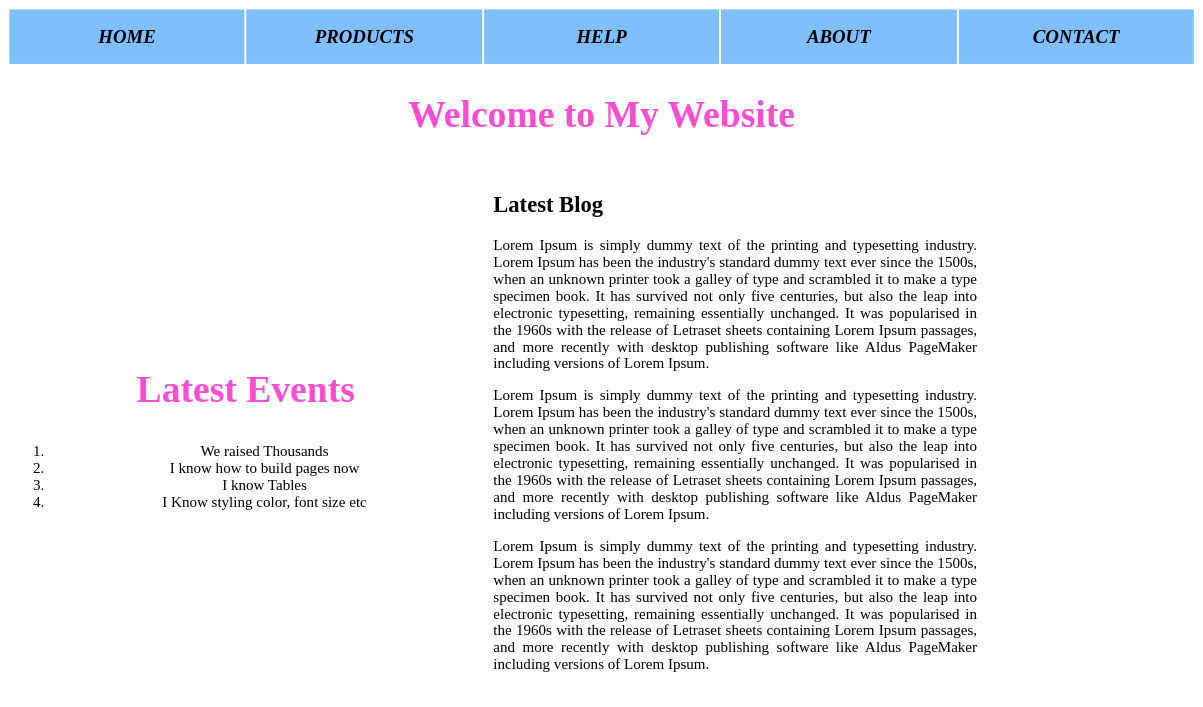
Repository: LiamMcC/webforDunboyne
Page: recap/index.html
The author's editor kept a record of every edit. The page is drawn from the files as they stood at one moment, then again after the next edit.
The browser window is 1280 px wide. The pictures show the whole page, at 94% of full size.

Above is the page before.

### recap/index.html
<!DOCTYPE html>
<html>
  <head>
    <meta charset="UTF-8">
    <title>Fancy Page Layout</title>
  </head>
  <body>

  <!-- now we will create a table -->
  <!-- lets style this page -->
  <table style="width:100%;text-align:center;">

      <!-- now we will create one row -->

      <tr style="background-color:#80bfff; height:50px;">
          <!-- now we will create 5 cells -->
          <td style="width: 20%;"><h2 style="font-size:20px;"><i>HOME</i></h2></td>
          <td style="width: 20%;"><h2 style="font-size:20px;"><i>PRODUCTS</i></td>
          <td style="width: 20%;"><h2 style="font-size:20px;"><i>HELP</i></td>
          <td style="width: 20%;"><h2 style="font-size:20px;"><i>ABOUT</i></td>
          <td style="width: 20%;"><h2 style="font-size:20px;"><i>CONTACT</i></td>
      </tr>

      <!-- Save and view in the browser -->

      <!-- stay inside the table tag and let us now create another row remember tr -->

      <tr >
          <!-- lets create another cell only this time let us make it full width of the table so we have 5 columns so give this one a
          col span of 5 -->
          <td colspan="5"><h1 style="color:#ff4dd2; font-size:40px;">Welcome to My Website</h1></td>

      </tr>


            <tr >

          <td colspan="2"><h2 style="color:#ff4dd2; font-size:40px;">Latest Events</h2>
          <!-- Lets make a list -->

          <ol> <!-- Ordered list is numbered list each li is a new point -->
              <li>We raised Thousands</li>
              <li>I know how to build pages now</li>
              <li>I know Tables</li>
              <li>I Know styling color, font size etc</li>


          </ol>
          </td>

          <td colspan="3" style="text-align: justify;padding:10px;">

              <h2>Latest Blog</h2>

            <p style="width: 70%;">Lorem Ipsum is simply dummy text of the printing and typesetting industry. Lorem Ipsum has been the industry's standard dummy text ever since the 1500s, when an unknown printer took a galley of type and scrambled it to make a type specimen book. It has survived not only five centuries, but also the leap into electronic typesetting, remaining essentially unchanged. It was popularised in the 1960s with the release of Letraset sheets containing Lorem Ipsum passages, and more recently with desktop publishing software like Aldus PageMaker including versions of Lorem Ipsum.</p>
              <p style="width: 70%;">Lorem Ipsum is simply dummy text of the printing and typesetting industry. Lorem Ipsum has been the industry's standard dummy text ever since the 1500s, when an unknown printer took a galley of type and scrambled it to make a type specimen book. It has survived not only five centuries, but also the leap into electronic typesetting, remaining essentially unchanged. It was popularised in the 1960s with the release of Letraset sheets containing Lorem Ipsum passages, and more recently with desktop publishing software like Aldus PageMaker including versions of Lorem Ipsum.</p>
              <p style="width: 70%;">Lorem Ipsum is simply dummy text of the printing and typesetting industry. Lorem Ipsum has been the industry's standard dummy text ever since the 1500s, when an unknown printer took a galley of type and scrambled it to make a type specimen book. It has survived not only five centuries, but also the leap into electronic typesetting, remaining essentially unchanged. It was popularised in the 1960s with the release of Letraset sheets containing Lorem Ipsum passages, and more recently with desktop publishing software like Aldus PageMaker including versions of Lorem Ipsum.</p>


          </td>

      </tr>


  </table>



  </body>
</html>

After the next edit:
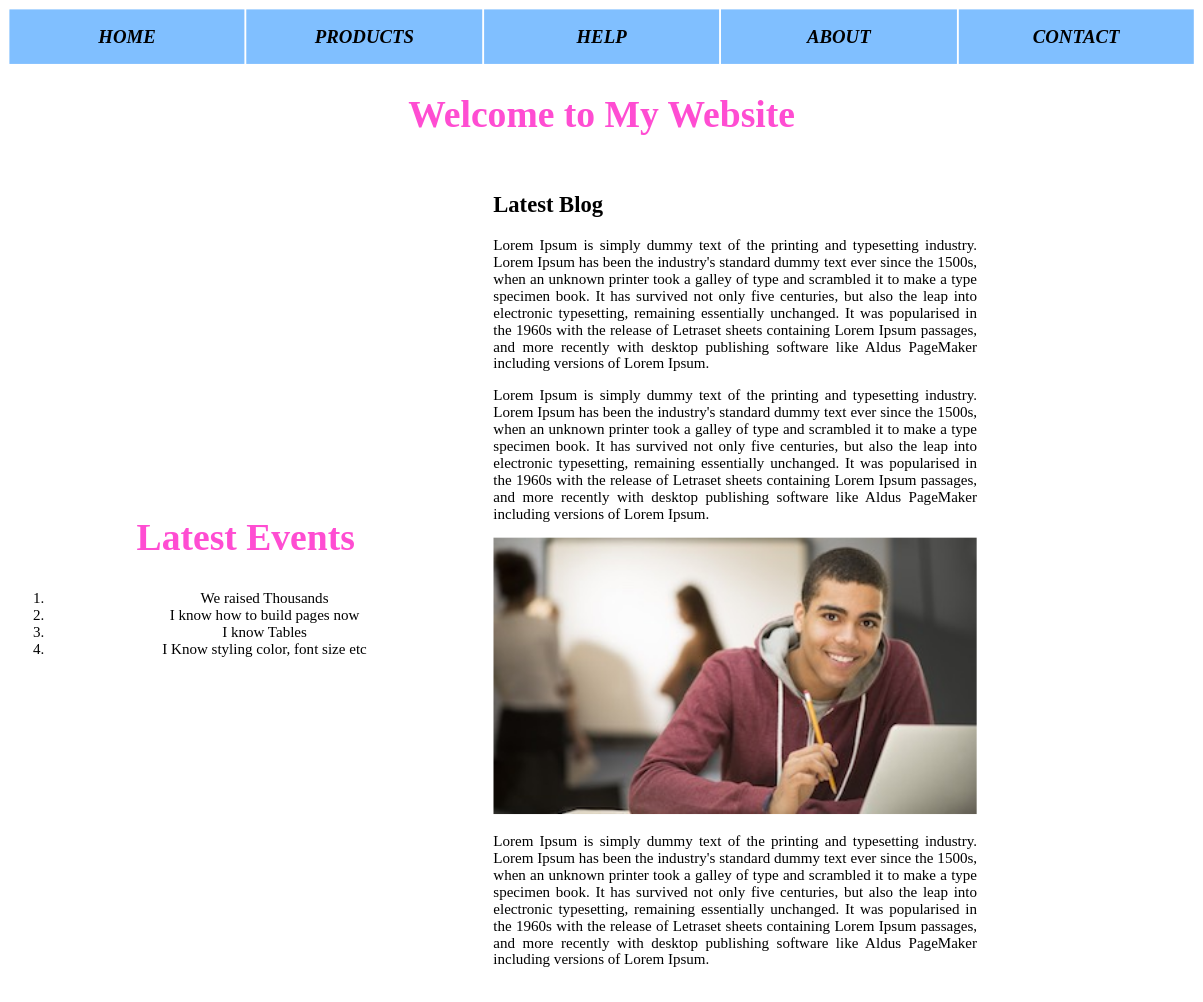
The edit:
--- a/recap/index.html
+++ b/recap/index.html
@@ -54,6 +54,9 @@
 
             <p style="width: 70%;">Lorem Ipsum is simply dummy text of the printing and typesetting industry. Lorem Ipsum has been the industry's standard dummy text ever since the 1500s, when an unknown printer took a galley of type and scrambled it to make a type specimen book. It has survived not only five centuries, but also the leap into electronic typesetting, remaining essentially unchanged. It was popularised in the 1960s with the release of Letraset sheets containing Lorem Ipsum passages, and more recently with desktop publishing software like Aldus PageMaker including versions of Lorem Ipsum.</p>
               <p style="width: 70%;">Lorem Ipsum is simply dummy text of the printing and typesetting industry. Lorem Ipsum has been the industry's standard dummy text ever since the 1500s, when an unknown printer took a galley of type and scrambled it to make a type specimen book. It has survived not only five centuries, but also the leap into electronic typesetting, remaining essentially unchanged. It was popularised in the 1960s with the release of Letraset sheets containing Lorem Ipsum passages, and more recently with desktop publishing software like Aldus PageMaker including versions of Lorem Ipsum.</p>
+
+              <img src="images/happyguy.jpg" alt="where is my happy guy" style="width:70%;">
+
               <p style="width: 70%;">Lorem Ipsum is simply dummy text of the printing and typesetting industry. Lorem Ipsum has been the industry's standard dummy text ever since the 1500s, when an unknown printer took a galley of type and scrambled it to make a type specimen book. It has survived not only five centuries, but also the leap into electronic typesetting, remaining essentially unchanged. It was popularised in the 1960s with the release of Letraset sheets containing Lorem Ipsum passages, and more recently with desktop publishing software like Aldus PageMaker including versions of Lorem Ipsum.</p>
 
 
